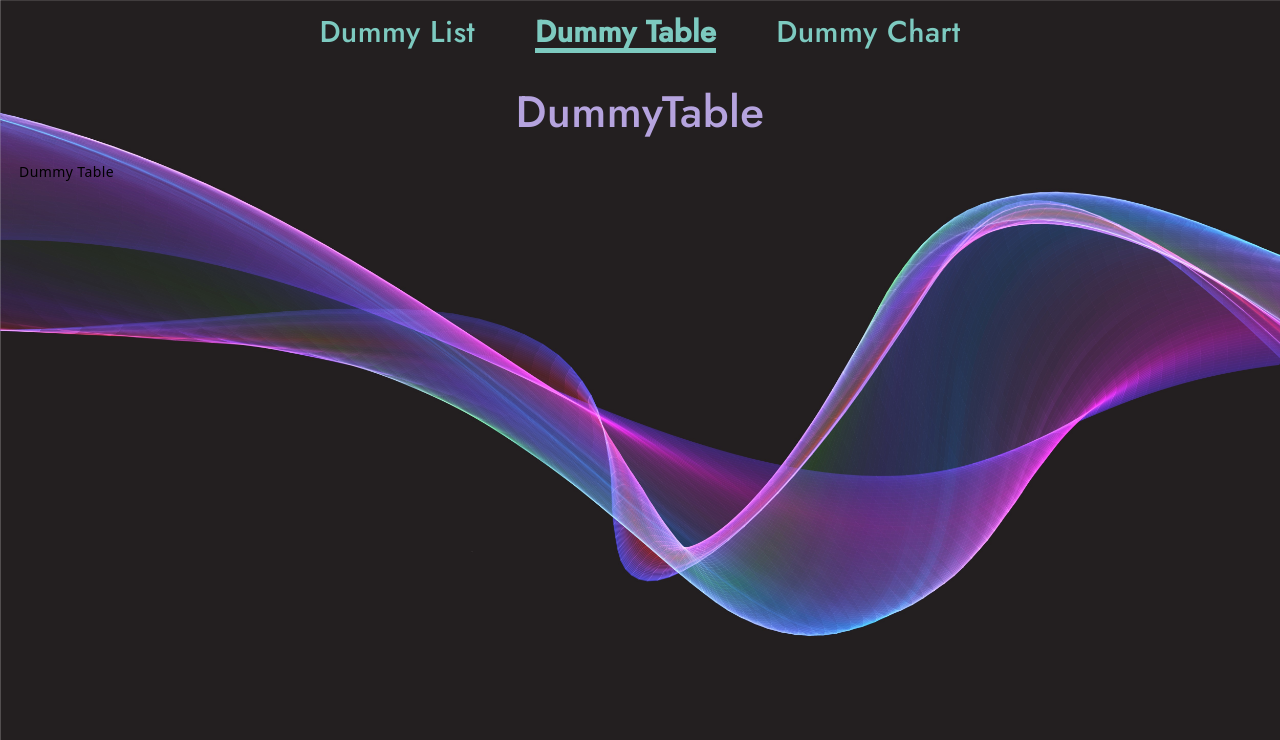
Repository: Vadim-27/backendless
Page: /tabs/dummyTable
The author's editor kept a copy of each file at every save. The page is drawn from the files as they stood at one save, then again after a run of saves.
The browser window is 1280 px wide. The pictures show the whole page.
Backgrounds fixed to the window are drawn as part of the page. The project was rebuilt for these pictures with package versions that can differ from the ones it lists, and the page was loaded fresh each time.

Above is the page before, as saved 2023-10-28 16:52:34.

After the next 6 saves:
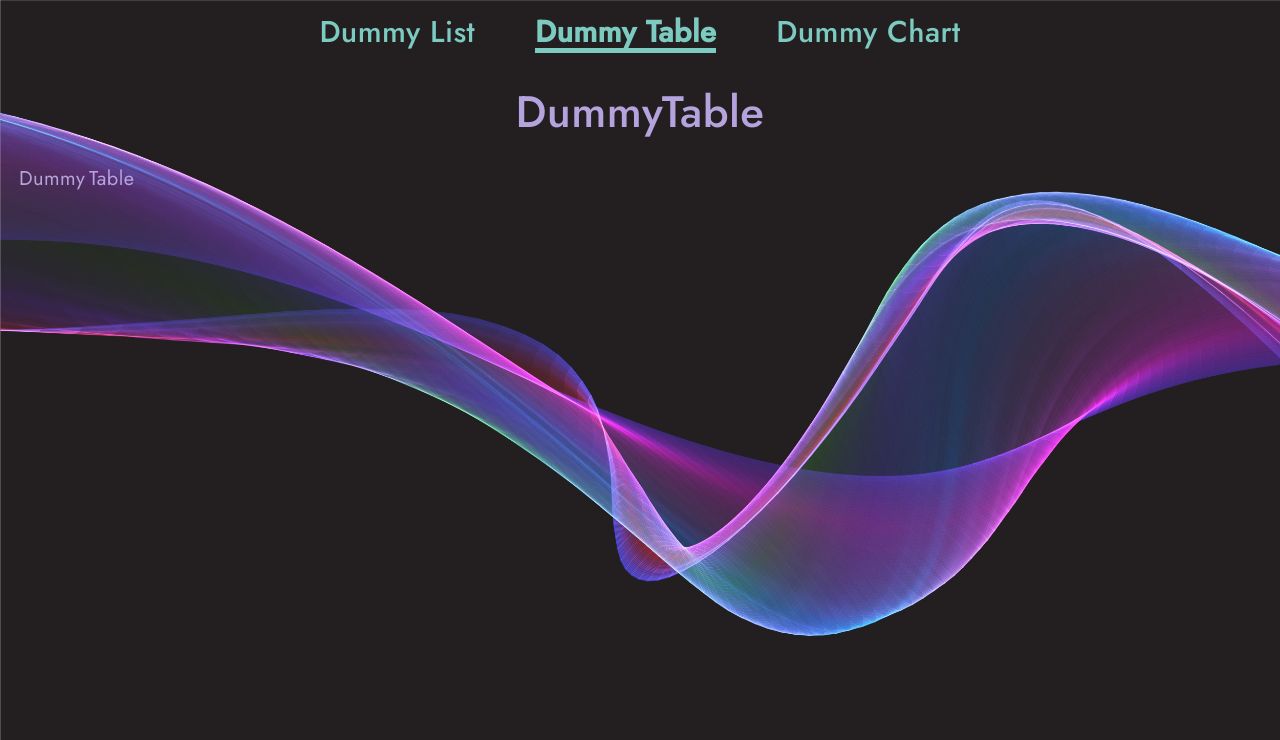
The 6 saves are shown as one change because they came seconds apart.
The last was saved 19 s later.
--- a/src/modules/DummyTable/DummyTable.jsx
+++ b/src/modules/DummyTable/DummyTable.jsx
@@ -1,9 +1,9 @@
 import css from './dummyTable.module.scss';
 const DummyTable = () => {
   return (
-    <div >
+    <div>
       <h1 className={css.titleSection}>DummyTable</h1>
-      <table>
+      <table className={css.table}>
         <tr>
           <td>Dummy</td>
           <td>Table</td>
